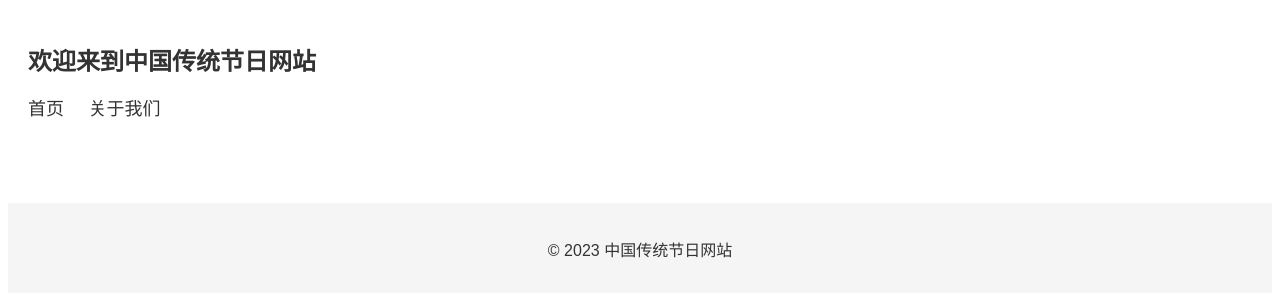
Repository: XueJie1/computer-operation-basics
Page: pages/about.html
An editor plug-in stored every save of this project. The page is shown before and after the next save, followed by the edit.
The browser window is 1280 px wide. The pictures show the whole page.

Above is the page before, as saved 2023-08-30 14:36:15.

After the next save:
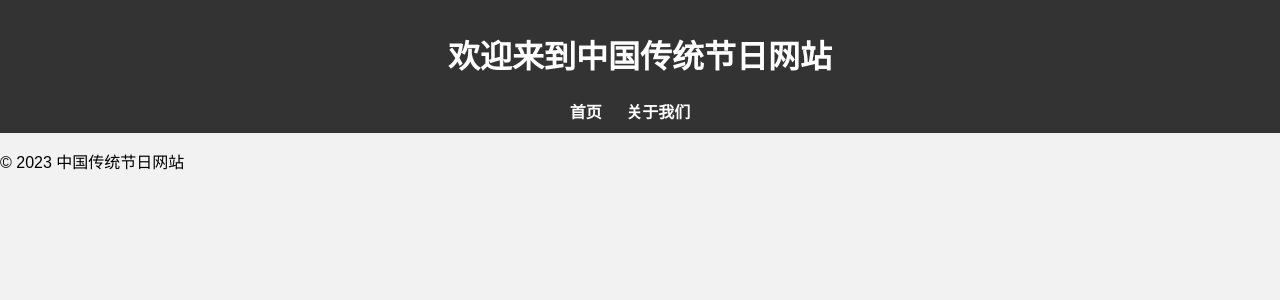
Saved 41 s later.
--- a/pages/about.html
+++ b/pages/about.html
@@ -5,7 +5,7 @@
     <meta charset="UTF-8">
     <meta name="viewport" content="width=device-width, initial-scale=1.0">
     <title>关于</title>
-    <link rel="stylesheet" type="text/css" href="../css/styles.css" />
+    <link rel="stylesheet" type="text/css" href="../styles.css" />
     <script src="https://cdn.bootcdn.net/ajax/libs/jquery/3.6.4/jquery.js"></script>
 </head>
 
